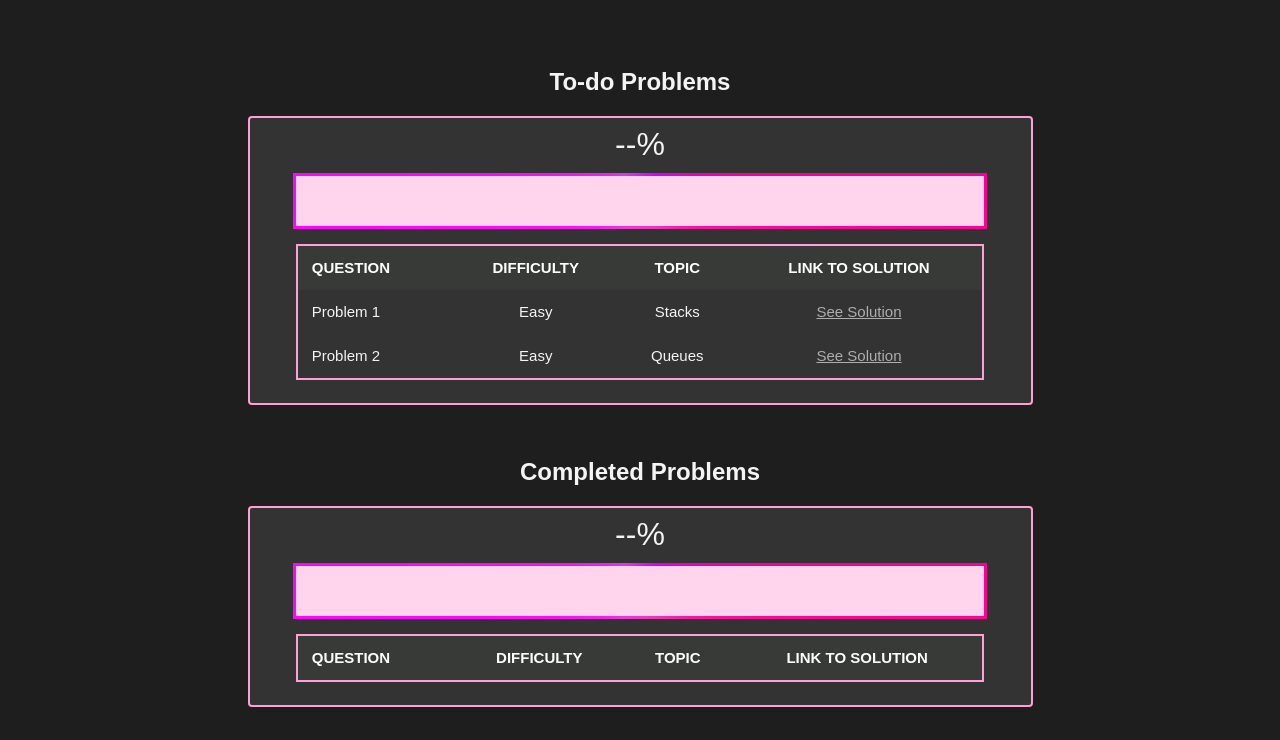
Repository: bbrockbrown/leet-code-tracker
Page: index.html
An editor plug-in stored every save of this project. The page is shown before and after the next save, followed by the edit.
The browser window is 1280 px wide. The pictures show the whole page.

Above is the page before, as saved 2024-07-28 19:11:53.

### index.html
<!DOCTYPE html>
<html lang="en">
<head>
    <meta charset="UTF-8">
    <meta name="viewport" content="width=device-width, initial-scale=1.0">
    <link rel="stylesheet" href="styles.css">
    <script>src="script.js"</script>
    <title>Document</title>
</head>
<body>
    <div class="main">
        <h1 id="header">Leet Code Problem Tracker</h1>
    </div>

    <div class="tracking-container">
        <div class="tracking-box">
            <h2 class="tracking-title">To-do Problems</h2>
            <div class="todo-tracking">
                <div class="todo-percent">--%</div>
                <div class="progressbar" id="todo-bar"> <!--% Container for progressbar --> </div>
                <table>
                    <tbody>
                        <tr>
                            <th>Question</th>
                            <th>Difficulty</th>
                            <th>Topic</th>
                            <th>Link to Solution</th>
                        </tr>
                        <tr>
                            <td>Problem 1</td>
                            <td class="easy-prob">Easy</td>
                            <td class="topic">Stacks</td>
                            <td class="solution"><a href="">See Solution</a></td>
                        </tr>
                        <tr>
                            <td>Problem 2</td>
                            <td class="easy-prob">Easy</td>
                            <td class="topic">Queues</td>
                            <td class="solution"><a href="">See Solution</a></td>
                        </tr>
                    </tbody>
                </table>
            </div>
        </div>

        <div class="tracking-box">
            <h2 class="tracking-title">Completed Problems</h2>
            <div class="completed-tracking">
                <div class="completed-percent">--%</div>
                <div class="progressbar" id="completed-bar"> <!--% Container for progressbar --> </div>
                <table>
                    <tbody>
                        <tr>
                            <th>Question</th>
                            <th>Difficulty</th>
                            <th>Topic</th>
                            <th>Link to Solution</th>
                        </tr>
                        <!-- Completed problems rows go here -->
                    </tbody>
                </table>
            </div>
        </div>
    </div>

    <div class="footer">
        <!-- Placeholder!!! -->
    </div>
</body>
</html>

### styles.css
:root {
    --tracking-border-color: rgb(255, 159, 213);
}

@keyframes rotate {
	to {
		--angle: 360deg;
	}
}

@property --angle {
  syntax: '<angle>';
  initial-value: 0deg;
  inherits: false;
}

html, body {
    height: 100%;
    display: flex;
    flex-direction: column;
  }

head {
    display: none;
}

body {
    font-family: Arial, sans-serif;
    background: #1e1e1e;
    margin: 0;
    padding: 0;
    color: #f4f4f4;
    overflow: hidden;
    font-size: 90%;
}

.main {
    text-align: center;
    padding: 24px;
    overflow: hidden;
}

#header {
    font-size: 48px;
    overflow: hidden;
}

.tracking-titles {
    display: flex;
    padding: 8px;
    justify-content: space-around;
}

.tracking-container {
    display: flex;
    flex-flow: row wrap;
    align-items: flex-start;
    justify-content: space-evenly;
    height: 100%;
}

.tracking-box {
    text-align: center;
    margin-bottom: 20px;
}

.tracking-title {
    font-size: 24px;
    margin-bottom: 10px;
    color: #f4f4f4;
}

.todo-tracking, .completed-tracking {
    border: 2px solid var(--tracking-border-color);
    border-radius: 4px;
    font-size: 32px;
    text-align: center;
    box-shadow: 8px rgb(255, 159, 213, 0.8);
    height: 100%;
    width: 1000px;
    padding: 8px;
    background-color: #333;
    margin: 10px auto;
    display: inline-block;
    max-width: 75%;
    max-height: 85%;
    overflow-y: auto;
    color: #f4f4f4;
}

.todo-tracking:hover, .completed-tracking:hover {
    filter: brightness(85%);
}

/* progress bar fills more as more complete */
.progressbar {
    width: 90%;
    height: 50px;
    border-radius: 8px;
    background-color: rgb(255, 212, 236);
    margin: 10px auto;
    --angle: 0deg;
    /* FOR FUTURE: make it so user can change border gradient */
    --very-pink: rgb(249, 0, 141);
    --pink: rgb(233, 58, 183);
    --pinkish-purple: rgb(233, 58, 210);
    --magenta: magenta;
    --purple: rgb(213, 58, 233);
    --very-purple: rgb(212, 0, 255);
	border: 3px solid;
	border-image: conic-gradient(from var(--angle), var(--very-pink), var(--pink), var(--pinkish-purple), var(--magenta), var(--purple), var(--very-purple), var(--very-pink)) 1;
	animation: 4s rotate linear infinite;
}

table {
    width: 90%;
    display: table;
    margin: 15px auto;
    border-collapse: collapse;
    transition: box-shadow 0.3s ease-in-out;
    border: 2px solid var(--tracking-border-color);
    border-radius: 10px;
    box-shadow: #1e1e1e;
}

tbody {
    display: table-row-group;
    vertical-align: middle;
    unicode-bidi: isolate;
    border-color: inherit;
    font-size: 15px;
}

tr {
    display: table-row;
    vertical-align: inherit;
    unicode-bidi: isolate;
    border-color: inherit;
}

th {
    color: white;
    text-transform: uppercase;
    background-color: #373a37;
}

th:first-child, td:first-child {
    text-align: left;
}

th, td {
    padding: 8px 14px;
    transition: background-color 0.5s;
    height: 28px;
    border: 0px;
    white-space: nowrap;
}

a {
    text-decoration:underline;
    color: inherit;
}

a:visited {
    color: rgb(173, 173, 173);
}

After the next save:
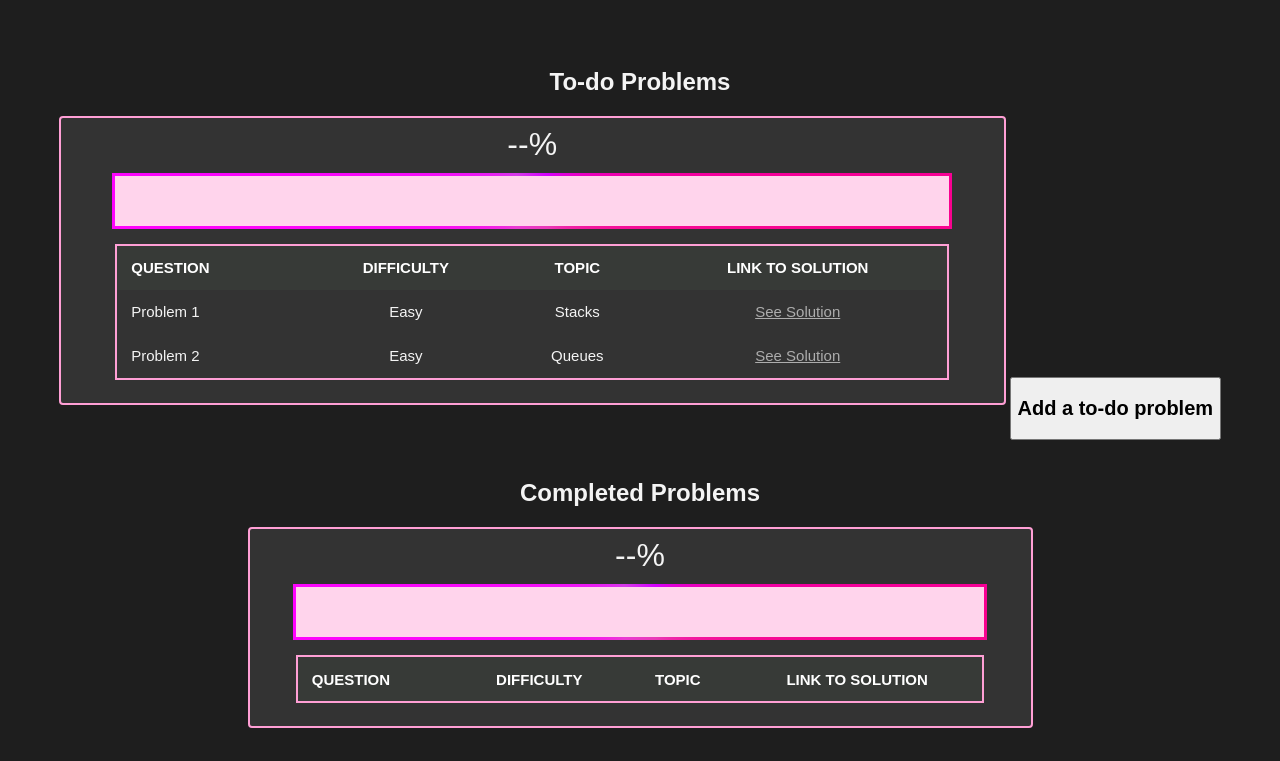
Saved 2 days later.
--- a/index.html
+++ b/index.html
@@ -41,6 +41,7 @@
                     </tbody>
                 </table>
             </div>
+            <button><h2>Add a to-do problem</h2></button>
         </div>
 
         <div class="tracking-box">
